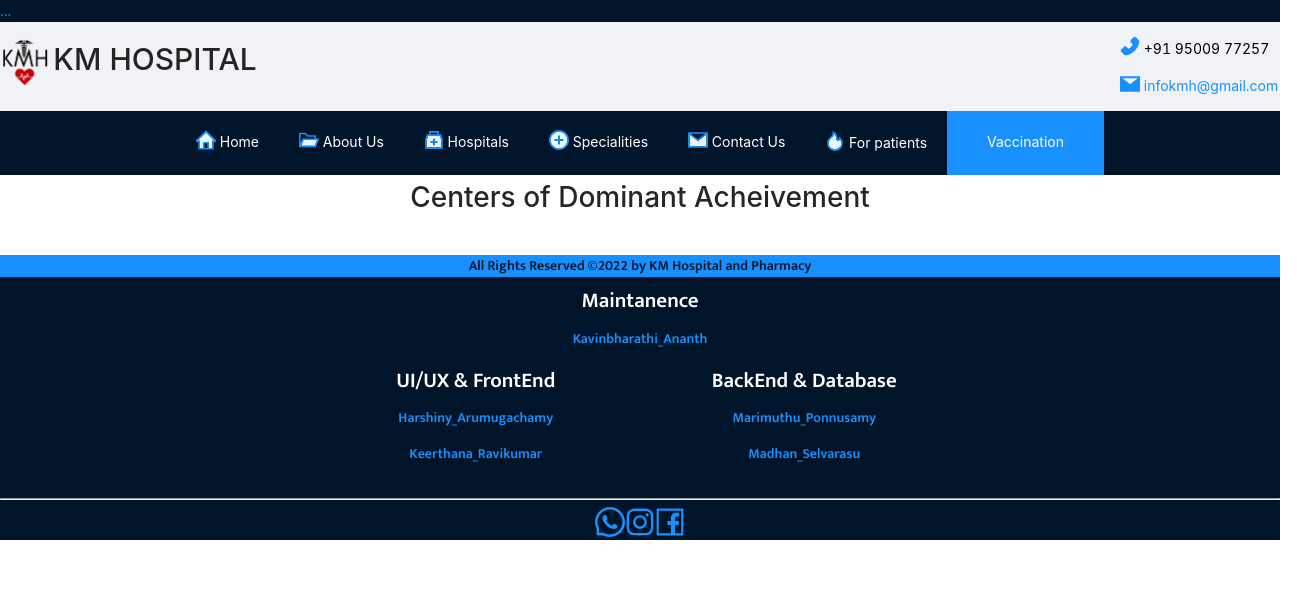
Repository: marimuthu1001/KHM-hospital
Page: /specialities (app in km-hospital/)
The author's editor kept a copy of each file at every save. The page is drawn from the files as they stood at one save, then again after the next save.
The browser window is 1280 px wide. The page is 1297 px wide, so the pictures cover 1297 px, including what lies to the right of the window. The pictures show the whole page.
The page's requests for data from a server got no answer. The project was rebuilt for these pictures with package versions that can differ from the ones it lists, and the page was loaded fresh each time. No one was signed in, and anything a server would have sent is missing. Also part of the build but not shown: km-hospital/src/Styles/ContactUs.module.css, km-hospital/src/Pages/ContactUs.jsx, km-hospital/src/Pages/AboutUS.jsx, km-hospital/src/Pages/Feedback.jsx.

Above is the page before, as saved 2022-01-25 13:16:06.

After the next save:
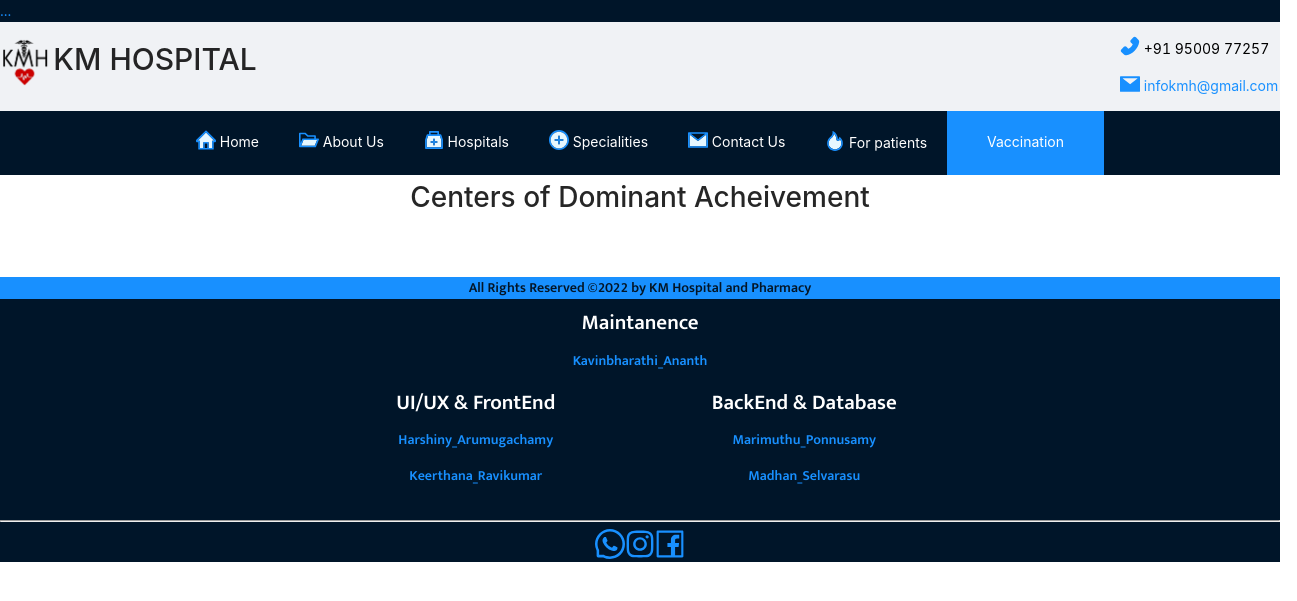
Saved 25 s later.
--- a/km-hospital/src/Pages/Specialities.jsx
+++ b/km-hospital/src/Pages/Specialities.jsx
@@ -40,7 +40,7 @@ function AboutUS() {
                  <div className={Styles.title}>
                     <h1>Centers of Dominant Acheivement</h1>
                  </div>
-                 <Spin tip="Loading ..." style={{width:1550}} size="large" spinning={loading}></Spin>
+                 <Spin tip="Loading ..." style={{width:1550}} size="large" spinning={loading}></Spin><br/>
                  <Row gutter={[60,30]}>
                     {FeedBacks.map((feedback)=>(
                         <div className={feedback.key}>
